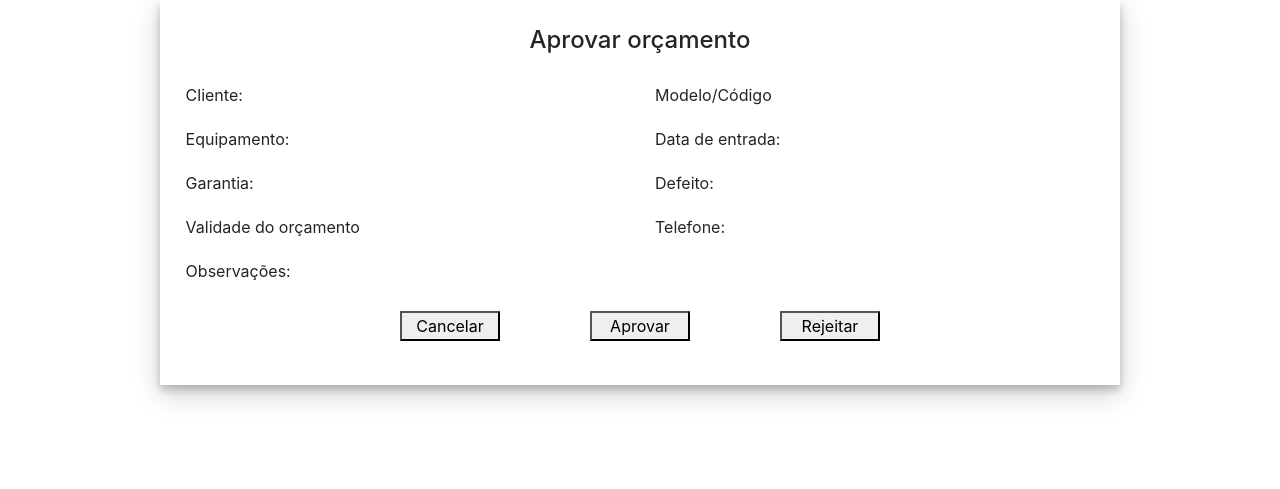
Repository: gabrielfeliphe/AssistenciaTecnica
Page: PI-AssistenciaTecnica/WebContent/pages/recepcao/funcao/aprovar_orcamento.html
The author's editor kept a copy of each file at every save. The page is drawn from the files as they stood at one save, then again after the next save.
The browser window is 1280 px wide. The pictures show the whole page.
Some web libraries are served in a nearby version.

Above is the page before, as saved 2021-10-18 22:07:55.
Console error: TypeError: Cannot read properties of undefined (reading 'fn')

### PI-AssistenciaTecnica/WebContent/pages/recepcao/funcao/aprovar_orcamento.html
<!DOCTYPE html>
<html>
<head>
<meta charset="UTF-8">
<title>Aprovar Orçamento</title>
</head>

<link rel="stylesheet" href="https://stackpath.bootstrapcdn.com/bootstrap/4.1.3/css/bootstrap.min.css" integrity="sha384-MCw98/SFnGE8fJT3GXwEOngsV7Zt27NXFoaoApmYm81iuXoPkFOJwJ8ERdknLPMO" crossorigin="anonymous">
<script src="https://stackpath.bootstrapcdn.com/bootstrap/4.1.3/js/bootstrap.min.js" integrity="sha384-ChfqqxuZUCnJSK3+MXmPNIyE6ZbWh2IMqE241rYiqJxyMiZ6OW/JmZQ5stwEULTy" crossorigin="anonymous"></script>
<link rel="stylesheet" href="https://cdn.jsdelivr.net/npm/bootstrap-icons@1.3.0/font/bootstrap-icons.css" />

<link rel= "stylesheet" type = "text/css" href="../../../css/recepcao.css">

<body>


<div class="container">
	<h4>Aprovar orçamento</h4>
	<div class="row">
		<div class="col-md">
		 <label>Cliente: </label><label id="cliente"></label></br>
		 <label >Equipamento: </label><label id="equipamento"></label></br>
		 <label>Garantia: </label><label id="garantia"></label></br>
		 <label>Validade do orçamento </label><label id="validadeOrcamento"></label></br>
		 <label>Observações: </label><label id="Observacoes"></label></br>
		</div>
		<div class="col-md">
		 <label>Modelo/Código </label><label id="mod-cod"></label></br>
		 <label>Data de entrada: </label><label id="data-entrada"></label></br>
		 <label>Defeito: </label><label id="defeito"></label></br>
		 <label>Telefone: </label><label id="telefone"></label></br>
		</div>
</div>

<div class="botoes">
<button type="button">Cancelar</button>
<button type="button">Aprovar</button>
<button type="button">Rejeitar</button>
</div>

<div id="tabela-orcamento" class="tabela-lista">

</div>


</body>
</html>

### PI-AssistenciaTecnica/WebContent/css/recepcao.css
@charset "UTF-8";


.form-group{
	display:block;
	padding-top: 2%;

}
.container{
	  box-shadow: 0 5px 8px 0 rgba(0, 0, 0, 0.2), 0 9px 26px 0 rgba(0, 0, 0, 0.19);
	  width: 75%;
	  padding: 2%;
}

#searchbox{
	display: flex;
}

#searchbox input{

	width: 50%;

}

#observacao{
	height: 125px;
	width: 400px;
	resize: none;

}

.botoes{
  margin: 2%;
  pading: 2%;
  display: flex;
  justify-content: center;
  align-items: center;
}

.container h4{
	text-align: center;
	margin-bottom:2%;
}


label{
	margin-top:10px;
	margin-bottom: 10px;
}

button{
	height: 30px;
	width: 100px;
}

.botoes button{
	text-align: center;
	display:block;
	margin-left: 45px;
	margin-right: 45px;
}


.btn1 button{
	 margin-left: 500px;

}

.btn2{
	  float: right;
}

.btnCadastro{
	margin-top: 5%;
	text-align: center;
	display: block;
	padding: 10px;
}

.btnCadastro button{
	margin: 10px;
	margin-top:5px;
	margin-bottom:5px;
}

textarea{
	width: 350px;
	height: 120px;
	resize: none;
}

#lista-clientes table {
	margin-left: auto;
	margin-right: auto;
}

#lista-clientes {
	margin: 0 auto;
	margin-top: 10px;
	width: 70%;
}

#lista-clientes table img {
	padding: 0 4px;
	width: 30px;
	height: 20px;
	cursor: pointer;
}

.modalEditar{
	display: none;
}

select{
display:block;
width: 100%;
height:35px;
}

.container-search{
	  box-shadow: 0 5px 8px 0 rgba(0, 0, 0, 0.2), 0 9px 26px 0 rgba(0, 0, 0, 0.19);
	  width: 35%;
	  padding: 2%;
	  margin: auto;

}

.container-search h4{
	text-align: center;
}

.container-search button{
	margin-left: 5%;
}

#procurarClientes{
	width:  70%;
}

table{
	margin-top:2%;
	width:90%;
}

#tabela-orcamento table{
	max-height: 50%;
}

.ui-dialog .ui-dialog-buttonpane {
	margin-right: 35%;

}

#modalRealizaOrcamento label{
	font-size: 14px;
	margin-bottom: 2px;
}

After the next save:
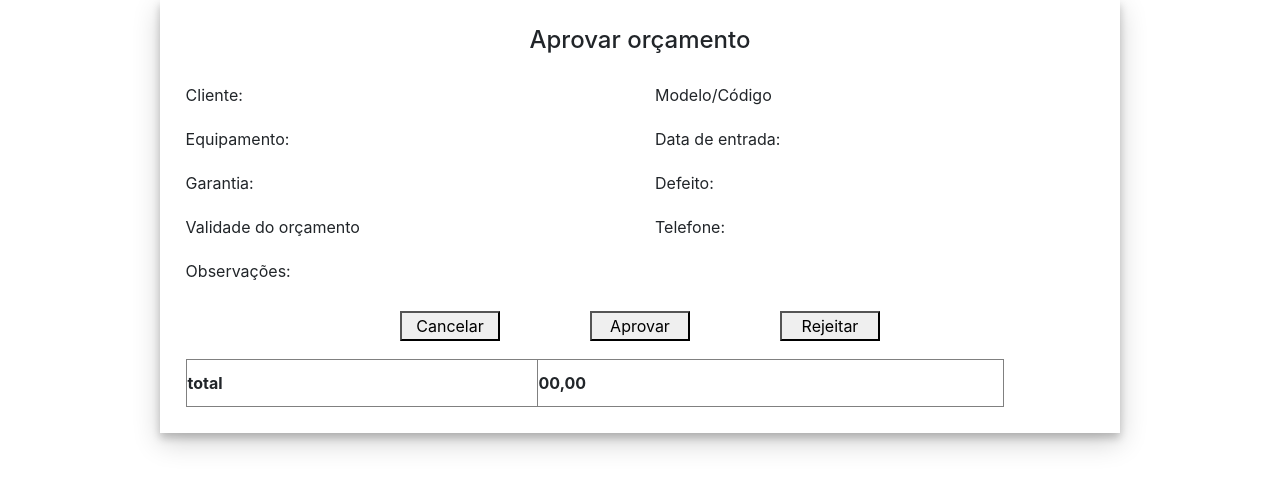
Saved 32 s later.
--- a/PI-AssistenciaTecnica/WebContent/pages/recepcao/funcao/aprovar_orcamento.html
+++ b/PI-AssistenciaTecnica/WebContent/pages/recepcao/funcao/aprovar_orcamento.html
@@ -42,6 +42,15 @@
 
 </div>
 
+<table border="1px">
+<th>
+<label>total</label> <!-- provavelmente vou incorporar numa tabela sem borda -->
+</th>
+<th>
+<label>00,00</label>
+</th>
+</table>
+
 
 </body>
 </html>
